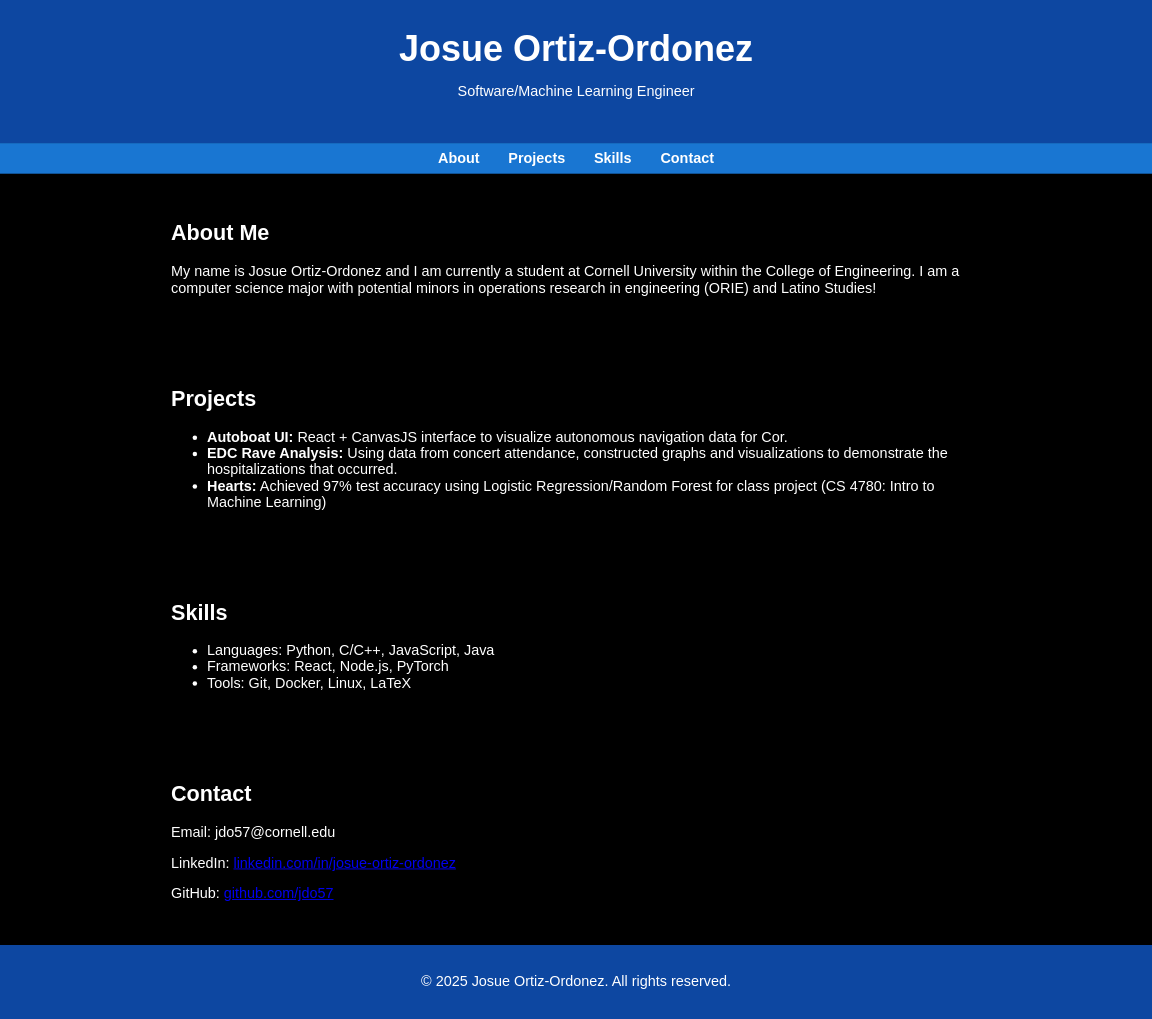
Repository: jdo57/Website
Page: index.html
An editor plug-in stored every save of this project. The page is shown before and after the next save, followed by the edit.
The browser window is 1280 px wide. The pictures show the whole page, at 90% of full size.

Above is the page before, as saved 2025-05-26 01:21:59.

After the next save:
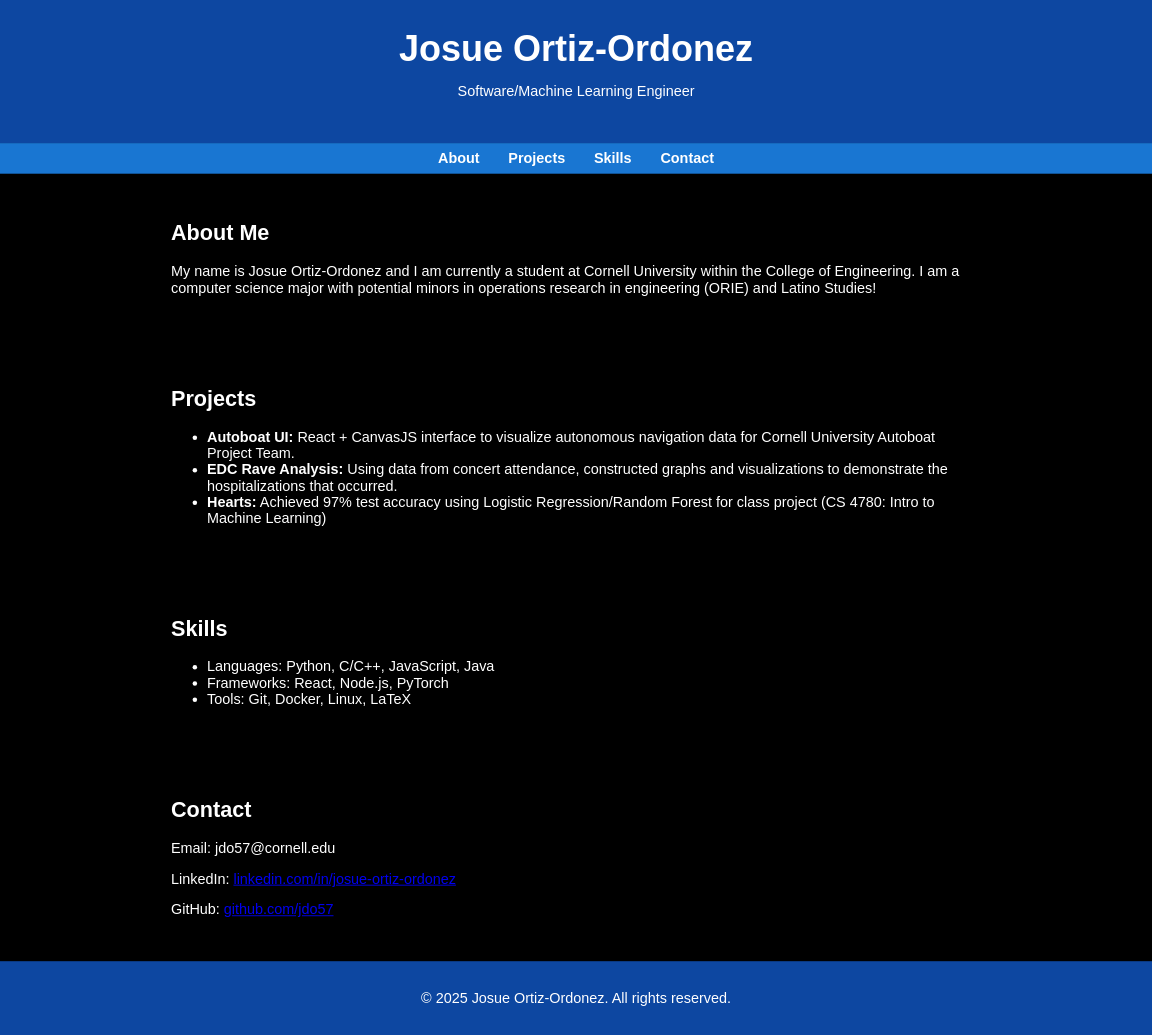
Saved 12 s later.
--- a/index.html
+++ b/index.html
@@ -89,7 +89,7 @@
   <section id="projects">
     <h2>Projects</h2>
     <ul>
-      <li><strong>Autoboat UI:</strong> React + CanvasJS interface to visualize autonomous navigation data for Cor.</li>
+      <li><strong>Autoboat UI:</strong> React + CanvasJS interface to visualize autonomous navigation data for Cornell University Autoboat Project Team.</li>
       <li><strong>EDC Rave Analysis:</strong>  Using data from concert attendance, constructed graphs and visualizations to demonstrate the hospitalizations that occurred.</li>
       <li><strong>Hearts:</strong> Achieved 97% test accuracy using Logistic Regression/Random Forest for
       class project (CS 4780: Intro to Machine Learning)</li>
